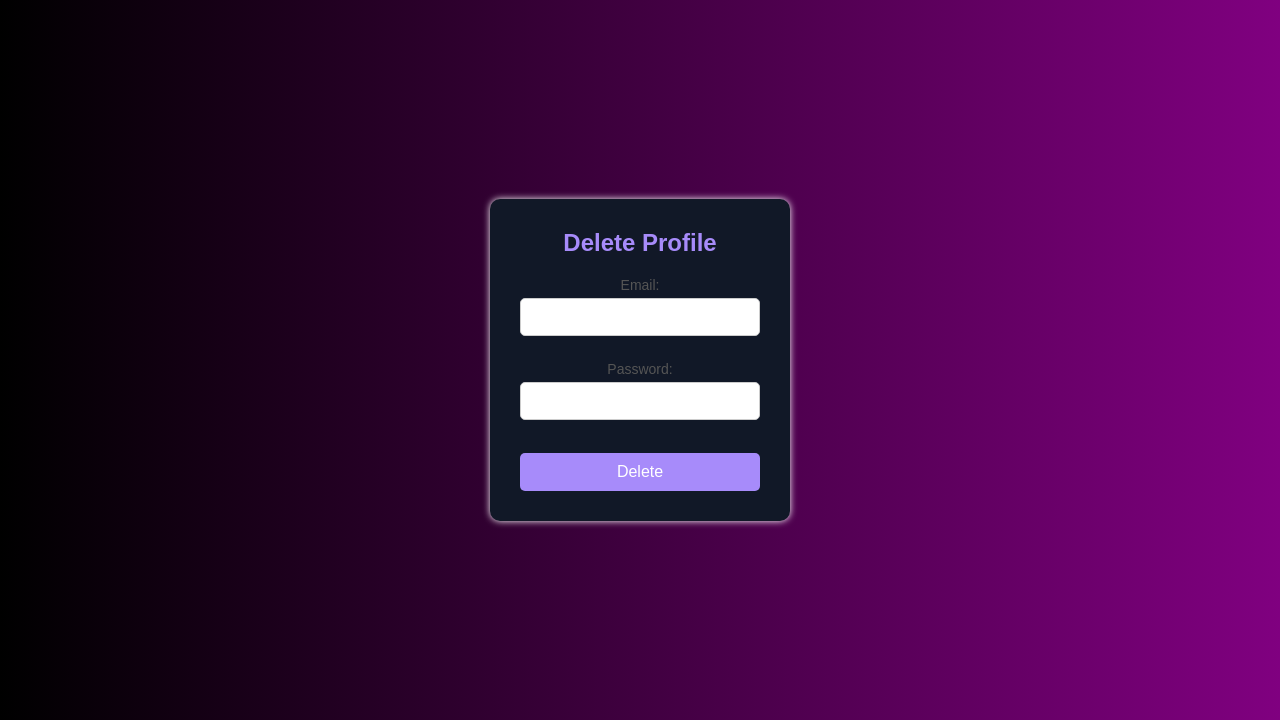
Repository: PeruriNaresh/Bank_Project
Page: http://localhost/bank_project/Delete.jsp
The author's editor kept a copy of each file at every save. The page is drawn from the files as they stood at one save, then again after the next save.
The browser window is 1280 px wide. The pictures show the whole page.
The page is served by Tomcat 9. Other server files are loaded and not shown.

Above is the page before, as saved 2024-10-27 10:56:39.

### bank_project/src/main/webapp/Delete.jsp
<%@ page language="java" contentType="text/html; charset=UTF-8"
    pageEncoding="UTF-8"%>
<!DOCTYPE html>
<html>
<head>
<meta charset="UTF-8">
<title>Delete Profile</title>
</head>
<style>
* {
    margin: 0;
    padding: 0;
    box-sizing: border-box;
}

body {
    font-family: 'Arial', sans-serif;
    background: linear-gradient(to right, black, purple );
    height: 100vh;
    display: flex;
    justify-content: center;
    align-items: center;
}

.container {
    background-color: rgba(17, 24, 39, 1);
    padding: 30px;
    border-radius: 10px;
    box-shadow: 0 10px 20px rgba(0, 0, 0, 0.2);
    width: 300px;
    text-align: center;
    box-shadow:0px 0px 7px white;
}

h1 {
    color:rgba(167, 139, 250, 1);
    margin-bottom: 20px;
    font-size: 24px;
}

label {
    display: block;
    margin: 10px 0 5px;
    color: #555;
    font-size: 14px;
}

input[type="email"],
input[type="password"] {
    width: 100%;
    padding: 10px;
    margin-bottom: 15px;
    border: 1px solid #ccc;
    border-radius: 5px;
    font-size: 14px;
}

input[type="submit"] {
    background-color: #ff7e5f;
    color: white;
    border: none;
    padding: 10px;
    width: 100%;
    border-radius: 5px;
    cursor: pointer;
    font-size: 16px;
    background-color: rgba(167, 139, 250, 1);
}



</style>
<body>
 <div class="container">
        <h1>Delete Profile</h1>
        <form action="delete" method="post">
            <label for="email">Email:</label>
            <input type="email" id="email" name="email" required>
            <label for="password">Password:</label>
            <input type="password" id="password" name="password" required>
            <% String msg=(String)request.getAttribute("msg");
            if(msg!=null)
            {
            	out.println("<p style='color:white'>"+msg+"</p>");
            }%>
            <br><br>
            <input type="submit" value="Delete">
        </form>
    </div>
</body>
</html>

After the next save:
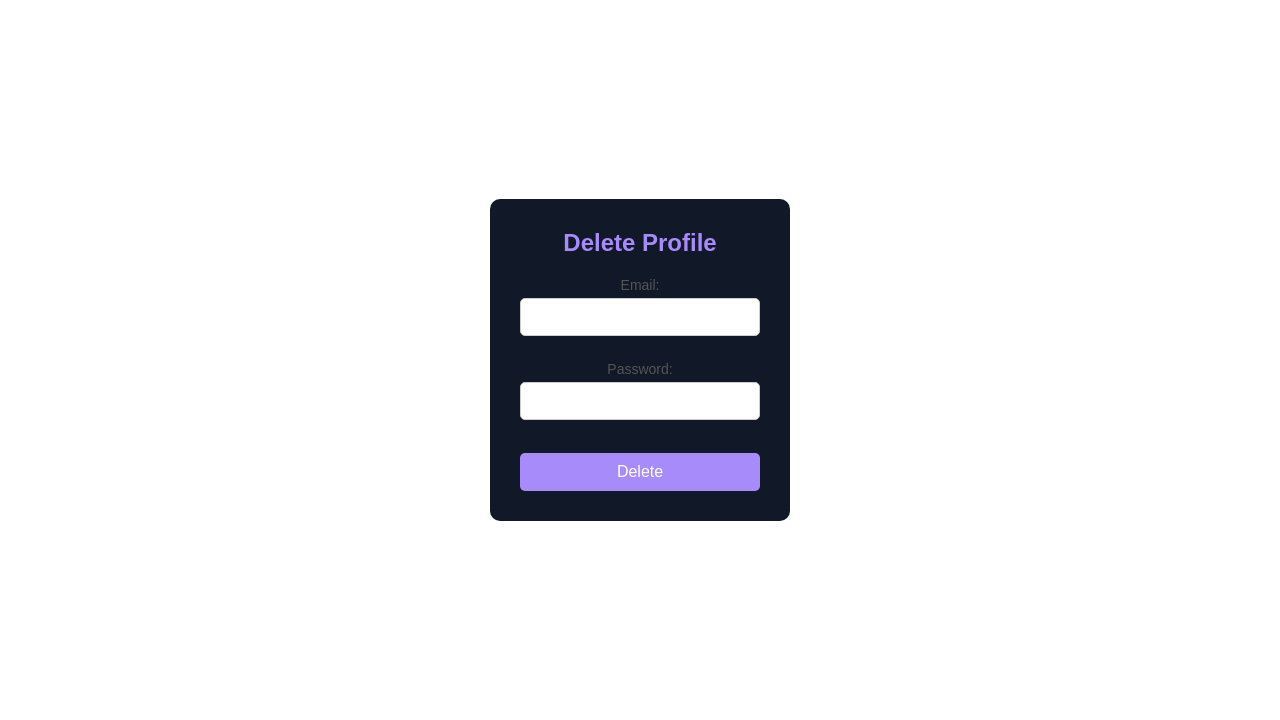
Saved 54 s later.
--- a/bank_project/src/main/webapp/Delete.jsp
+++ b/bank_project/src/main/webapp/Delete.jsp
@@ -15,7 +15,6 @@
 
 body {
     font-family: 'Arial', sans-serif;
-    background: linear-gradient(to right, black, purple );
     height: 100vh;
     display: flex;
     justify-content: center;
